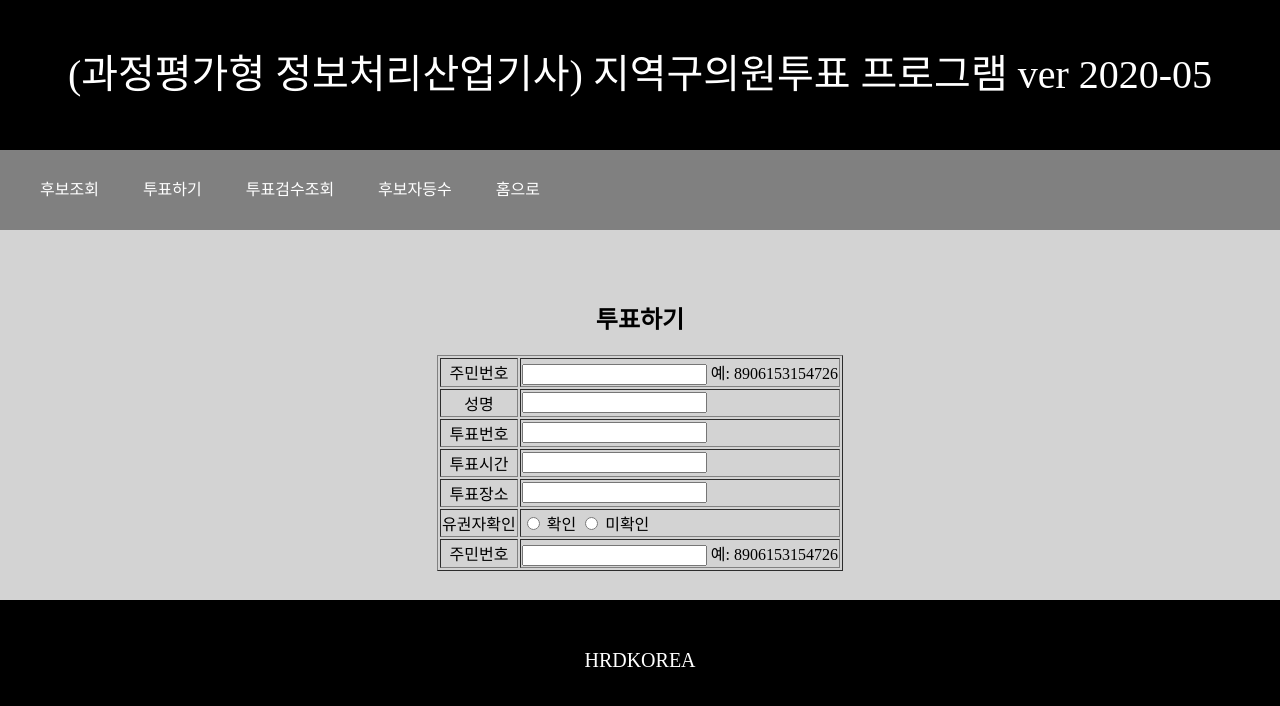
Repository: junhee97/-
Page: http://localhost/HRD_03/vote.jsp
These files come from the project's save history. The page is drawn as it stood at one moment and after the next save; the edit follows.
The browser window is 1280 px wide. The pictures show the whole page.
The page is served by Tomcat 9.

Above is the page before, as saved 2025-08-14 12:41:00.

### HRD_03/WebContent/vote.jsp
<%@ page language="java" contentType="text/html; charset=UTF-8"
    pageEncoding="UTF-8"%>
<!DOCTYPE html PUBLIC "-//W3C//DTD HTML 4.01 Transitional//EN" "http://www.w3.org/TR/html4/loose.dtd">
<html>
<head>
<meta http-equiv="Content-Type" content="text/html; charset=UTF-8">
<title>Insert title here</title>
</head>
<body>

<jsp:include page="header.jsp"></jsp:include>

<section style="position: fixed; top: 230px; left: 0px; width: 100%; height: 100%; background-color: lightgray;">
<h2 style="text-align: center; padding-top: 50px;">투표하기</h2>

<form style = "display: flex; align-items: center; justify-content: center; ">
	<table border = "1">
		<tr>
			<td style = "text-align: center;">주민번호</td>
			<td>
				<input type = "text"> 예: 8906153154726
			</td>
		</tr>
		<tr>
			<td style = "text-align: center;">성명</td>
			<td>
				<input type = "text">
			</td>
		</tr>
		<tr>
			<td style = "text-align: center;">투표번호</td>
			<td>
				<input type = "">
			</td>
		</tr>
		<tr>
			<td style = "text-align: center;">투표시간</td>
			<td>
				<input type = "text">
			</td>
		</tr>
		<tr>
			<td style = "text-align: center;">투표장소</td>
			<td>
				<input type = "text">
			</td>
		</tr>
		<tr>
			<td style = "text-align: center;">유권자확인</td>
			<td>
				<input type = "radio"> 확인
				<input type = "radio"> 미확인
			</td>
		</tr>
		<tr>
			<td style = "text-align: center;">주민번호</td>
			<td>
				<input type = "text"> 예: 8906153154726
			</td>
		</tr>
	</table>
</form>

</section>

<jsp:include page="footer.jsp"></jsp:include>


</body>
</html>

### HRD_03/WebContent/header.jsp
<%@ page language="java" contentType="text/html; charset=UTF-8"
    pageEncoding="UTF-8"%>
<!DOCTYPE html PUBLIC "-//W3C//DTD HTML 4.01 Transitional//EN" "http://www.w3.org/TR/html4/loose.dtd">
<html>
<head>
<meta http-equiv="Content-Type" content="text/html; charset=UTF-8">
<title>Insert title here</title>

<style>
	a{
		text-decoration: none;
		color: white;
	}
</style>

</head>
<body>

	<header style="position:fixed; top:0px; left:0px; width:100%; height: 150px; line-height: 150px; background-color: black; color: white; text-align: center; font-size: 40px;">
		(과정평가형 정보처리산업기사) 지역구의원투표 프로그램 ver 2020-05
	</header>

	<nav style="position: fixed; top: 150px; left: 0px; width: 100%; height: 80px; line-height: 80px; background-color: gray; padding-left: 40px;">
		<a href="m_list.jsp">후보조회</a> &nbsp; &nbsp; &nbsp; &nbsp; &nbsp;
		<a href="vote.jsp">투표하기</a> &nbsp; &nbsp; &nbsp; &nbsp; &nbsp;
		<a href="v_list.jsp">투표검수조회</a> &nbsp; &nbsp; &nbsp; &nbsp; &nbsp;
		<a href="rank.jsp">후보자등수</a> &nbsp; &nbsp; &nbsp; &nbsp; &nbsp;
		<a href="index.jsp">홈으로</a>
	</nav>

</body>
</html>

### HRD_03/WebContent/footer.jsp
<%@ page language="java" contentType="text/html; charset=UTF-8"
    pageEncoding="UTF-8"%>
<!DOCTYPE html PUBLIC "-//W3C//DTD HTML 4.01 Transitional//EN" "http://www.w3.org/TR/html4/loose.dtd">
<html>
<head>
<meta http-equiv="Content-Type" content="text/html; charset=UTF-8">
<title>Insert title here</title>
</head>
<body>

	<footer style="position: fixed; bottom: 0px; left: 0px; width: 100%; height: 120px; line-height: 120px; text-align: center; background-color: black; color: white; font-size: 20px;">
		HRDKOREA
	</footer>

</body>
</html>

After the next save:
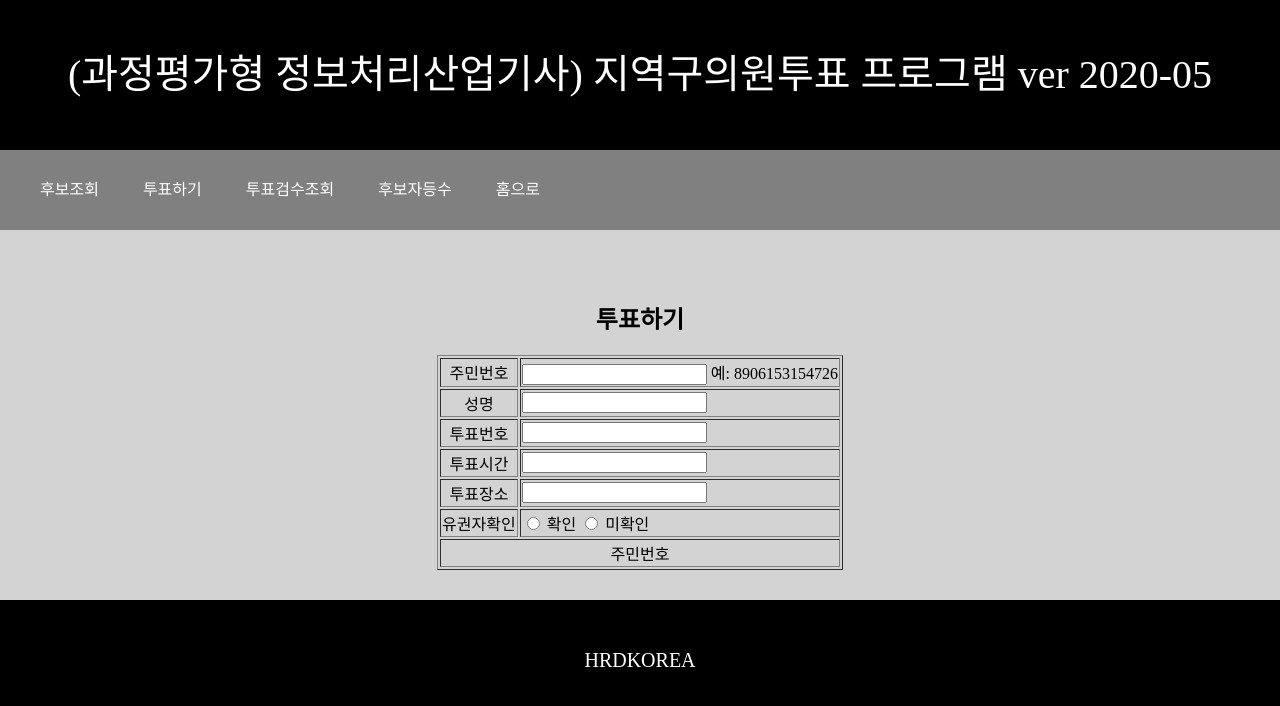
Saved 15 s later.
--- a/HRD_03/WebContent/vote.jsp
+++ b/HRD_03/WebContent/vote.jsp
@@ -53,10 +53,7 @@
 			</td>
 		</tr>
 		<tr>
-			<td style = "text-align: center;">주민번호</td>
-			<td>
-				<input type = "text"> 예: 8906153154726
-			</td>
+			<td colspan="2" style = "text-align: center;">주민번호</td>
 		</tr>
 	</table>
 </form>
